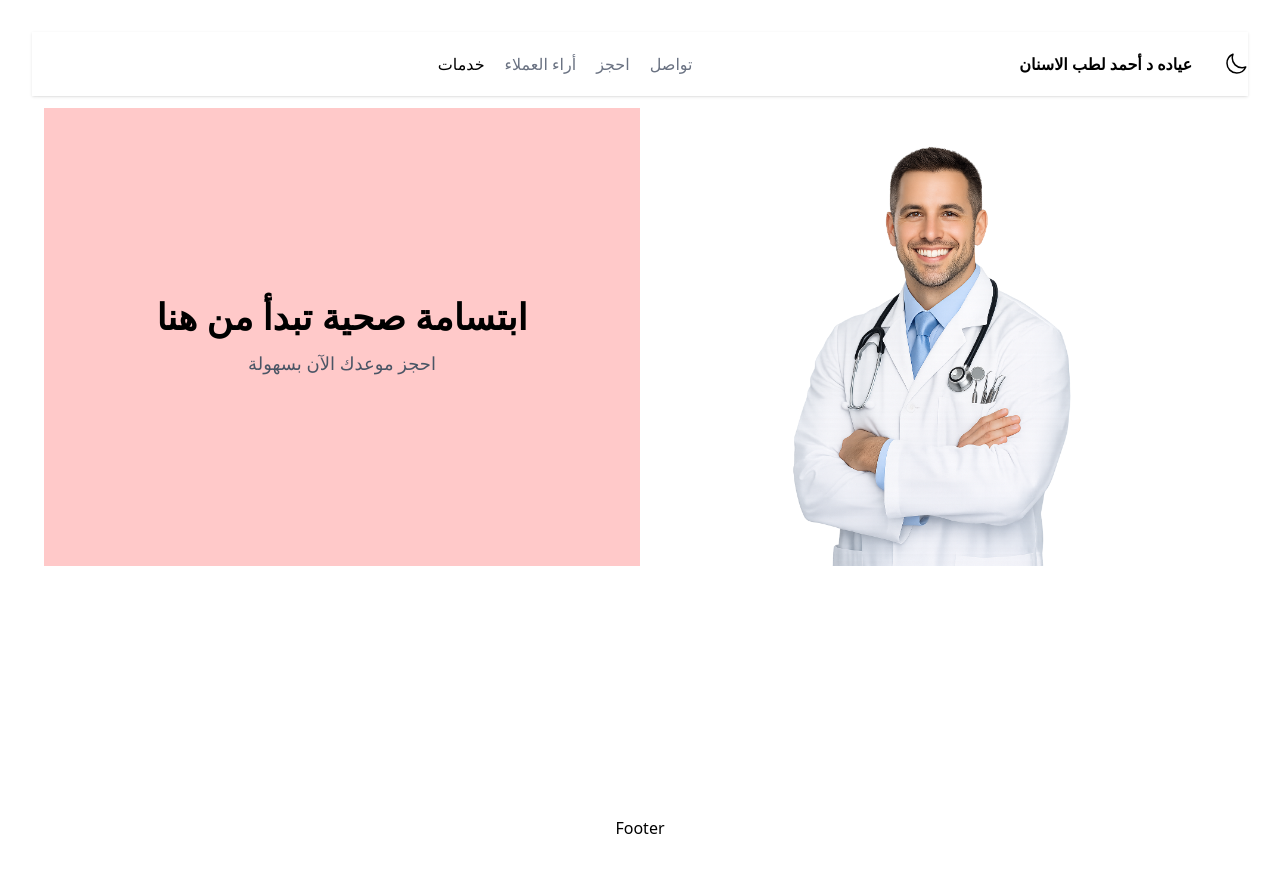
Repository: mohamedehab23-pro/clinic
Page: /
An editor plug-in stored every save of this project. The page is shown before and after the next save, followed by the edit.
The browser window is 1280 px wide. The pictures show the whole page.
The project was rebuilt for these pictures with package versions that can differ from the ones it lists, and the page was loaded fresh each time. Also part of the build but not shown: vite.config.js, src/Pages/AboutPage.jsx, src/Pages/ContactPage.jsx, src/Pages/NotFound.jsx, src/Components/Child.jsx, src/Components/Parent.jsx.

Above is the page before, as saved 2026-02-22 14:12:55.

### index.html
<!doctype html>
<html lang="en">
  <head>
    <meta charset="UTF-8" />
    <link rel="icon" type="image/svg+xml" href="/vite.svg" />
    <meta name="viewport" content="width=device-width, initial-scale=1.0" />
    <title>project1</title>
  </head>
  <body>
    <div id="root"></div>
    <script type="module" src="/src/main.jsx"></script>
  </body>
</html>

### src/index.css
@import "tailwindcss";
@custom-variant dark (&:where(.dark, .dark *));


.active{
    @apply text-black dark:text-white
}

### src/App.jsx
import { useState } from 'react'
import HeroPage from '../src/Pages/HeroPage'
import './App.css'
import { createBrowserRouter, RouterProvider } from 'react-router'
import MainLayout from './Layouts/MainLayout'
import AboutPage from './Pages/AboutPage'
import ContactPage from './Pages/ContactPage'
import NotFound from './Pages/NotFound'
import Parent from './Components/Parent'


const x=createBrowserRouter([
  {path:'',element:<MainLayout/>,children:[
    {index:true,element:<HeroPage/>},
    {path:'/about',element:<AboutPage/>},
    {path:'/contact',element:<ContactPage/>},
    {path:'*',element:<NotFound/>}
  ]}
])

function App() {

  return (
    <>
    {/* <Parent/> */}

     <RouterProvider router={x}/>
    </>
  )
}

export default App

### src/Pages/HeroPage.jsx
import React from 'react'
import sora from '../assets/dentist.png'
export default function HomePage() {
  return (
    <div className='dark:bg-gray-800 min-h-screen p-3'>
      <div className='flex justify-around'>
<div className='bg-red-200 w-full flex flex-col justify-center text-center '>
<h2 className='text-4xl font-bold '>ابتسامة صحية تبدأ من هنا</h2>
<p className='text-gray-600 pt-3 text-lg'>احجز موعدك الآن بسهولة</p>
</div>
<div className=' w-full flex justify-center items-center'>
 <img src={sora} alt="doctor" className='w-[50%] ' />
</div>
      </div>



    </div>
  )
}

### src/Layouts/MainLayout.jsx
import React, { useState } from 'react'
import Navbar from '../Components/Navbar'
import Footer from '../Components/Footer'
import { Outlet } from 'react-router'

export default function MainLayout() {
  const [darkMode, setDarkMode] = useState(false)
  return (
    <>
    <div className={`${darkMode? 'dark':''}  dark:text-white`}>
      <Navbar darkMode={darkMode} setDarkMode={setDarkMode}/>
    <Outlet />
    <Footer/>
    </div>
    </>
  )
}

### src/Components/Navbar.jsx
import React, { useState } from 'react'
import { Link, NavLink } from 'react-router'
import Button from './Button'

export default function Navbar({setDarkMode,darkMode}) {
  const [navToggle, setNavToggle] = useState(false)
  return (
    <div className='py-3 shadow sticky top-0 w-full dark:bg-gray-700 bg-white/50'>
<div className="container px-3 lg:p-0 mx-auto flex items-center justify-between">
<div>
  <Button bg={'bg-g'}/>
</div>
<div>
  <ul className='lg:flex dark:text-white/50 gap-5 hidden'>
    <li className='text-gray-500'><NavLink to={''}>خدمات</NavLink></li>
    <li className='text-gray-500'><NavLink to={'/about'}>أراء العملاء</NavLink></li>
    <li className='text-gray-500'><NavLink to={'/contact'}>احجز</NavLink></li>
    <li className='text-gray-500'><NavLink to={'ertyuj'}>تواصل</NavLink></li>
  </ul>
</div>
<div className='flex gap-8'>
  <Link to={''} className=' font-bold'>عياده د أحمد لطب الاسنان</Link>
  {darkMode?<svg xmlns="http://www.w3.org/2000/svg"
onClick={()=>setDarkMode(!darkMode)}
fill="none" viewBox="0 0 24 24" strokeWidth={1.5} stroke="currentColor" className="cursor-pointer size-6">
  <path strokeLinecap="round" strokeLinejoin="round" d="M12 3v2.25m6.364.386-1.591 1.591M21 12h-2.25m-.386 6.364-1.591-1.591M12 18.75V21m-4.773-4.227-1.591 1.591M5.25 12H3m4.227-4.773L5.636 5.636M15.75 12a3.75 3.75 0 1 1-7.5 0 3.75 3.75 0 0 1 7.5 0Z" />
</svg>:<svg xmlns="http://www.w3.org/2000/svg" fill="none"
onClick={()=>setDarkMode(!darkMode)}
viewBox="0 0 24 24" strokeWidth={1.5} stroke="currentColor" className="cursor-pointer size-6">
  <path strokeLinecap="round" strokeLinejoin="round" d="M21.752 15.002A9.72 9.72 0 0 1 18 15.75c-5.385 0-9.75-4.365-9.75-9.75 0-1.33.266-2.597.748-3.752A9.753 9.753 0 0 0 3 11.25C3 16.635 7.365 21 12.75 21a9.753 9.753 0 0 0 9.002-5.998Z" />
</svg>}
</div>
<div className='lg:hidden'>
  <svg xmlns="http://www.w3.org/2000/svg" onClick={()=>setNavToggle(!navToggle)} fill="none" viewBox="0 0 24 24" strokeWidth={1.5} stroke="currentColor" className="cursor-pointer size-6">
  <path strokeLinecap="round" strokeLinejoin="round" d="M3.75 6.75h16.5M3.75 12h16.5m-16.5 5.25h16.5" />
</svg>


</div>



</div>
{navToggle && <ul className='pt-3 text-end px-3'>
    <li className='text-gray-500'><NavLink to={''}>خدمات</NavLink></li>
    <li className='text-gray-500'><NavLink to={'/about'}>أراء العملاء</NavLink></li>
    <li className='text-gray-500'><NavLink to={'/contact'}>احجز</NavLink></li>
    <li className='text-gray-500'><NavLink to={'ertyuj'}>تواصل</NavLink></li>
  </ul>}


    </div>
  )
}

### src/Components/Button.jsx
import React from 'react'
import { Link } from 'react-router'

export default function Button({bg}) {
  return (
   <>
   <button className={`p-2 rounded-xl ${bg} text-white `}><Link to={'/'}>احجز الان</Link></button>
   </>
  )
}

Loaded but not shown: src/main.jsx (common file); src/App.css (common file); src/Components/Footer.jsx (common file)

After the next save:
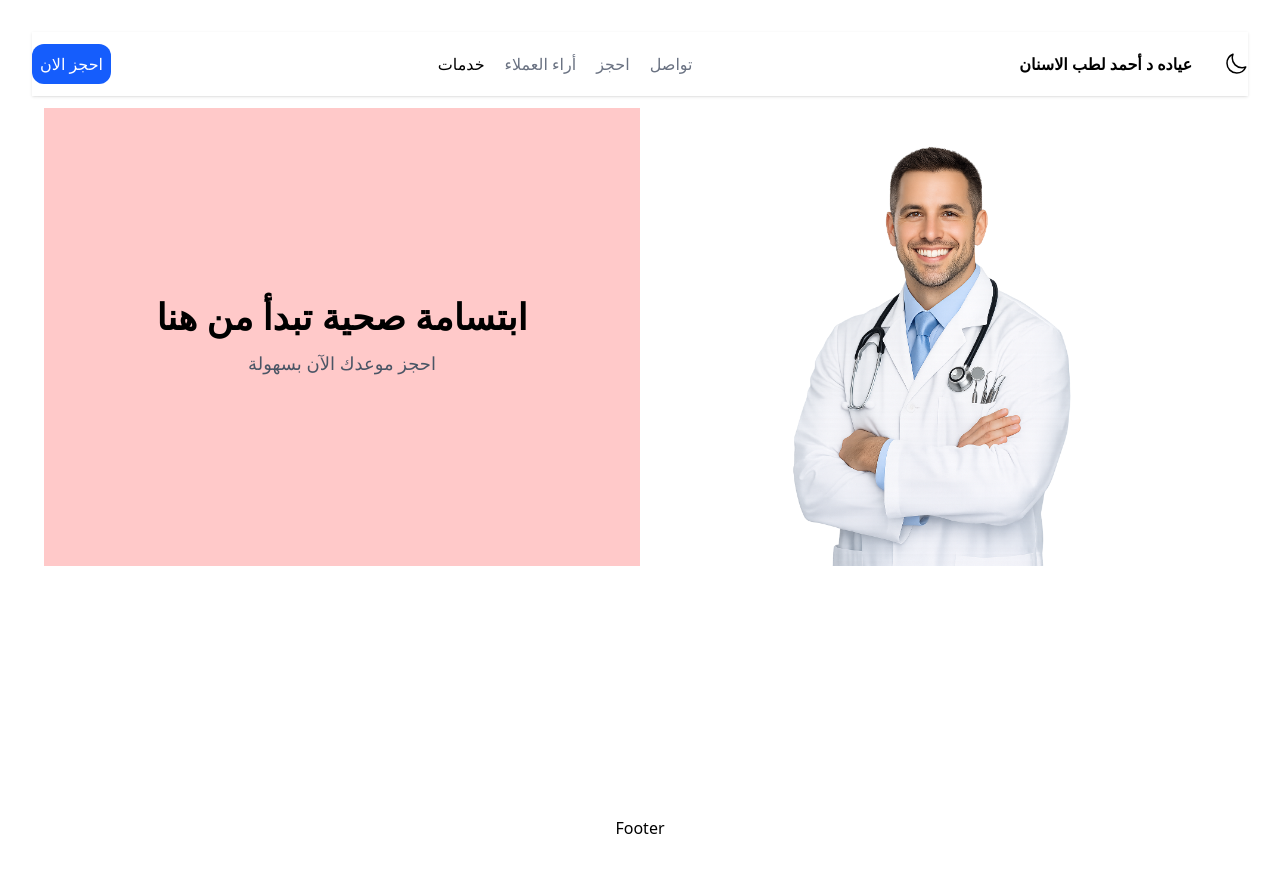
Saved 5 s later.
--- a/src/Components/Navbar.jsx
+++ b/src/Components/Navbar.jsx
@@ -8,7 +8,7 @@ export default function Navbar({setDarkMode,darkMode}) {
     <div className='py-3 shadow sticky top-0 w-full dark:bg-gray-700 bg-white/50'>
 <div className="container px-3 lg:p-0 mx-auto flex items-center justify-between">
 <div>
-  <Button bg={'bg-g'}/>
+  <Button bg={'bg-blue-600'}/>
 </div>
 <div>
   <ul className='lg:flex dark:text-white/50 gap-5 hidden'>
